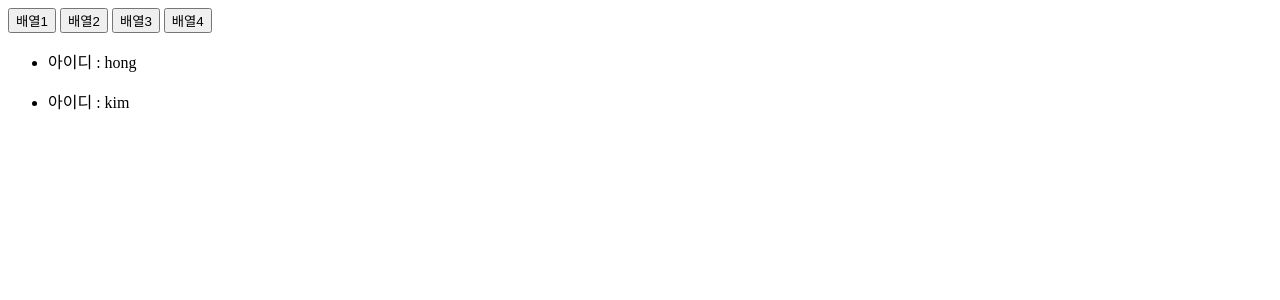
Repository: sagong0/servelet_home
Page: web/src/main/webapp/a1.html
These files come from the project's save history. The page is drawn as it stood at one moment and after the next save; the edit follows.
The browser window is 1280 px wide. The pictures show the whole page.
After loading, the first visible `input[onclick="secondfunc()"]` was clicked once.

Above is the page before, as saved 2023-08-09 12:21:52.

### web/src/main/webapp/a1.html
<!DOCTYPE html>
<html>
<head>
<meta charset="UTF-8">
<title>Insert title here</title>
</head>
<body>
	<input type="button" value="배열1" onclick="firstfunc()">
	<input type="button" value="배열2" onclick="secondfunc()">
	<input type="button" value="배열3" onclick="thirdfunc()">
	<input type="button" value="배열4" onclick="fourthfunc()">

	<div id="area">

	</div>

	<script>
		function firstfunc(){
			var data = {
				"myinfo1" : ["홍길동","25", "hong@nate.com"],
				"myinfo2" : ["김","21", "kim@nate.com"]
			}
			console.log(data);
		}

		function secondfunc(){
			var data = {
				"myinfo" : [
				{
					"id" : "hong",
					"name" : "홍길동",
					"age" : "25"
				},
				{
					"id" : "kim",
					"name" : "김기꾼길동",
					"age" : "98"
				}
				]
			};
			console.log(data);
			var no = 0;
			var datalength = data.myinfo.length;
			console.log(datalength)

			while(no < datalength){
				var html = document.getElementById("area");
				html.innerHTML += `<ul>
					<li>아이디 : ${data.myinfo[no]["id"]}</li>
				</ul>`;
				no++;
			}
		}
	</script>

</body>
</html>

After the next save:
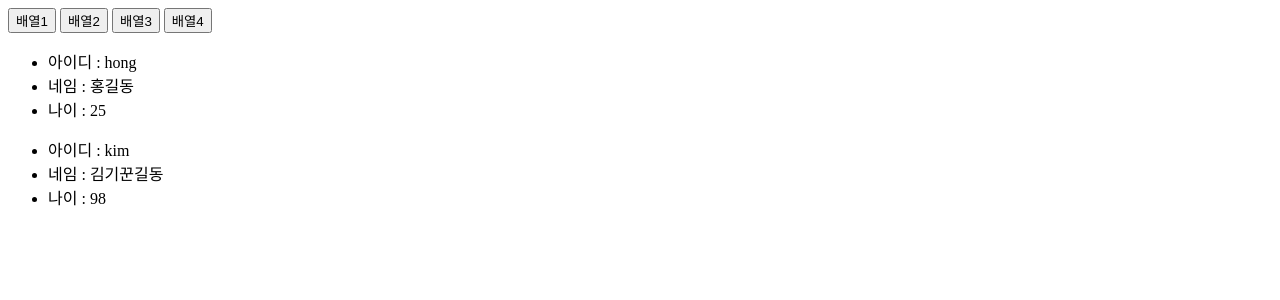
Saved 68 s later.
--- a/web/src/main/webapp/a1.html
+++ b/web/src/main/webapp/a1.html
@@ -47,6 +47,8 @@
 				var html = document.getElementById("area");
 				html.innerHTML += `<ul>
 					<li>아이디 : ${data.myinfo[no]["id"]}</li>
+					<li>네임 : ${data.myinfo[no]["name"]}</li>
+					<li>나이 : ${data.myinfo[no]["age"]}</li>
 				</ul>`;
 				no++;
 			}
